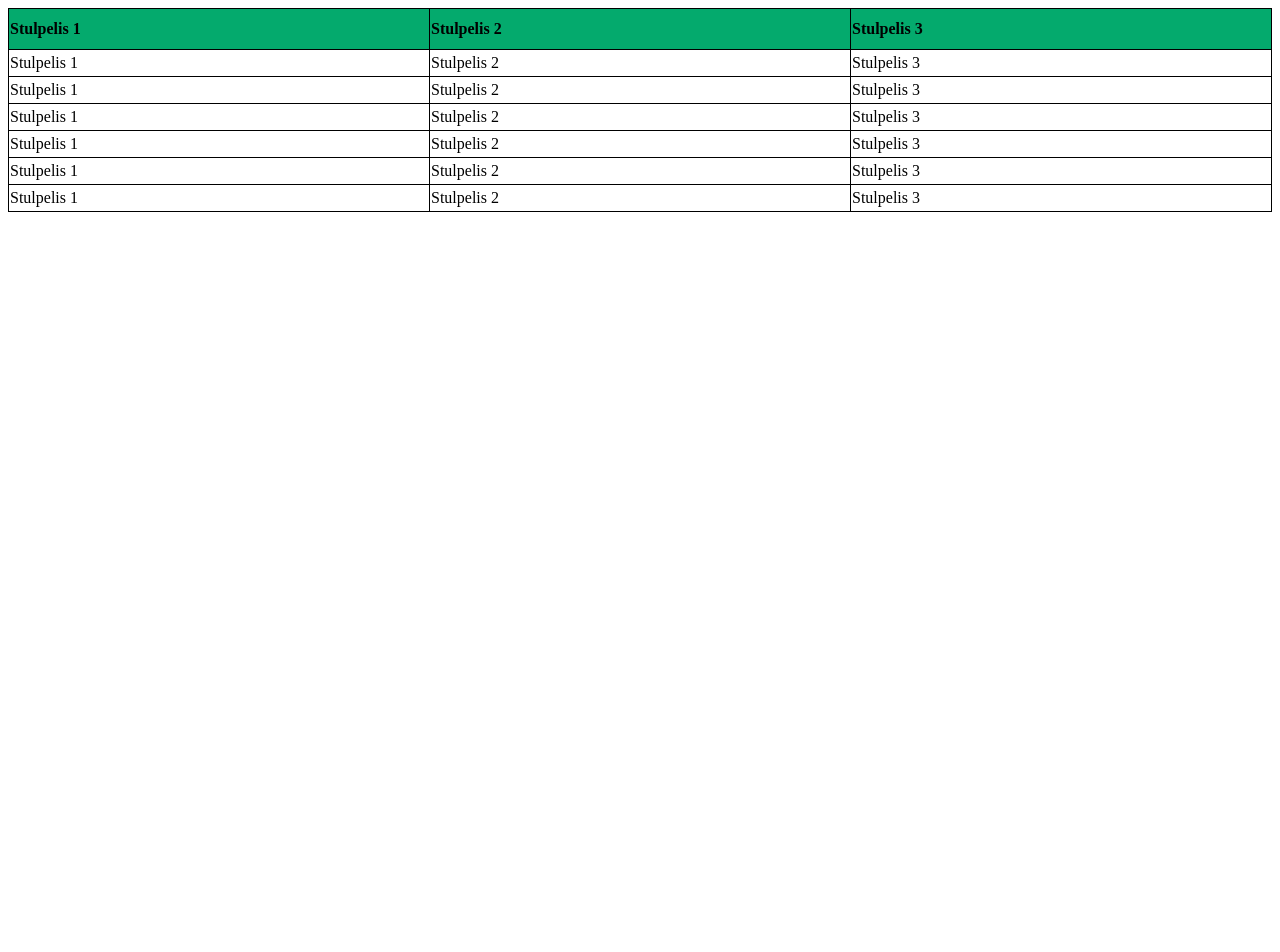
Repository: motiejus1/10-paskaita-05.31
Page: index.html
The author's editor kept a copy of each file at every save. The page is drawn from the files as they stood at one save, then again after a run of saves.
The browser window is 1280 px wide. The pictures show the part of the page from y = 0 to 952 px (the page is 3220 px tall).
Backgrounds fixed to the window are drawn as part of the page.

Above is the page before, as saved 2021-06-16 19:56:38.

### index.html
<!DOCTYPE html>
<html lang="en">
<head>
    <meta charset="UTF-8">
    <meta http-equiv="X-UA-Compatible" content="IE=edge">
    <meta name="viewport" content="width=device-width, initial-scale=1.0">
    <title>10 paskaita</title>

    <style>
        .container {
            width: 100%;
            height: 1800px;
        }


        /* Fono spalvos */

        .fonas-spalva {
            background-color: green;
            opacity: 0.7;
        }

        .fonas {
            background-color: #657AD3;
            opacity: 0.7;
        }

        .fonas-rgb {
            background-color:rgb(101, 122, 211);
            opacity: 0.7;
        }

        .fonas-rgba {
            background-color:rgba(101, 122, 211, 0.7);
        }

        /* Paveiksliukas kaip fonas */
        .paveiksliukas {
            height: 100%;
            background-image: url("https://images.unsplash.com/photo-1593642531955-b62e17bdaa9c?ixid=MnwxMjA3fDF8MHxwaG90by1wYWdlfHx8fGVufDB8fHx8&ixlib=rb-1.2.1&auto=format&fit=crop&w=750&q=80");
            background-color:grey;
            background-repeat: no-repeat;
            opacity: 0.7;
            background-attachment: fixed;
            /* background-position: 5px 5px; */
            /* background-position: center center; */
            /* background-size: 100% 100%; */
            /* background-size: contain; background-size: 100% */
            /* background-size: cover; */


        }

        table {
            border: 1px solid black;
            margin-bottom: 1200px;
            width: 100%;
            border-collapse: collapse;
        }


        td, th {
            border: 1px solid black;
        }

        th {
            text-align: left;
            padding-top: 11px;
            padding-bottom: 11px;
            background-color: #04AA6D;
        }

        td {
            padding-top: 4px;
            padding-bottom: 4px;
        }
    </style>
</head>
<body>

    <table>
        <tr>
            <th>Stulpelis 1</th>
            <th>Stulpelis 2</th>
            <th>Stulpelis 3</th>
        </tr>
        <tr>
            <td>Stulpelis 1</td>
            <td>Stulpelis 2</td>
            <td>Stulpelis 3</td>
        </tr>
        <tr>
            <td>Stulpelis 1</td>
            <td>Stulpelis 2</td>
            <td>Stulpelis 3</td>
        </tr>
        <tr>
            <td>Stulpelis 1</td>
            <td>Stulpelis 2</td>
            <td>Stulpelis 3</td>
        </tr>
        <tr>
            <td>Stulpelis 1</td>
            <td>Stulpelis 2</td>
            <td>Stulpelis 3</td>
        </tr>
        <tr>
            <td>Stulpelis 1</td>
            <td>Stulpelis 2</td>
            <td>Stulpelis 3</td>
        </tr>
        <tr>
            <td>Stulpelis 1</td>
            <td>Stulpelis 2</td>
            <td>Stulpelis 3</td>
        </tr>
    </table>

    <div class="container fonas-rgba">
        <div class="paveiksliukas">
            Tekstas
        </div>
    </div>
</body>
</html>

After the next 2 saves:
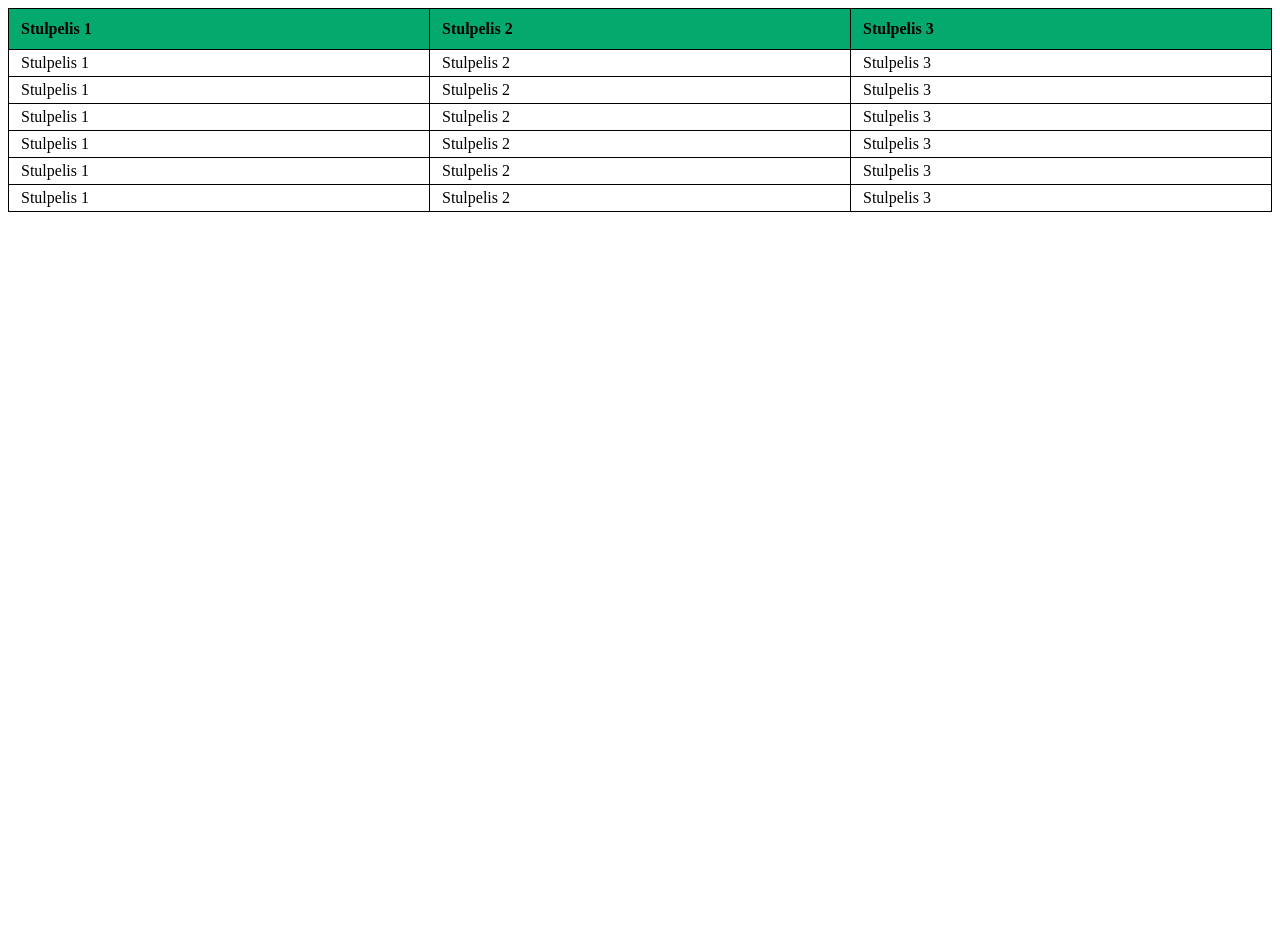
The 2 saves are shown as one change because they came seconds apart.
The last was saved 43 s later.
--- a/index.html
+++ b/index.html
@@ -61,6 +61,7 @@
 
         td, th {
             border: 1px solid black;
+            padding-left: 12px;
         }
 
         th {
